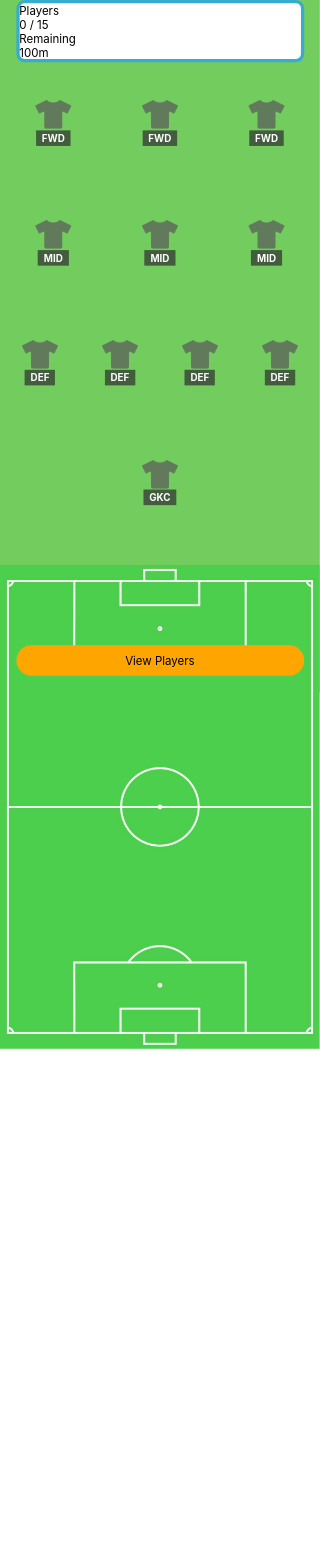
Repository: JavaidAhmadKhan/UEFA
Screen: /
The author's editor kept a copy of each file at every save. The screen is drawn from the files as they stood at one save, then again after a run of saves.
The pictures are shown at 82% of full size.
The app was drawn by React Native's web renderer in a window 390 px wide. The project was rebuilt for these pictures with package versions that can differ from the ones it lists, and the page was loaded fresh each time. Some packages were replaced by stand-ins written for this rebuild.

Above is the screen before, as saved 2021-07-07 12:07:20.

After the next 2 saves:
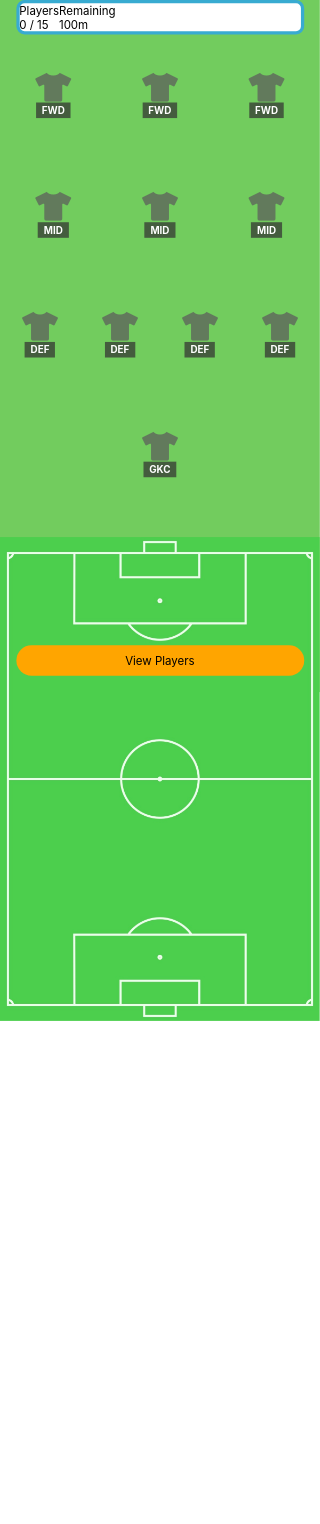
The 2 saves are shown as one change because they came seconds apart.
The last was saved 24 s later.
--- a/components/TeamStats.tsx
+++ b/components/TeamStats.tsx
@@ -24,6 +24,7 @@ const styles = StyleSheet.create({
     borderWidth: 4,
     borderColor: "#38abd1",
     borderRadius: 10,
+    flexDirection: "row",
   },
   label: {},
   value: {},
